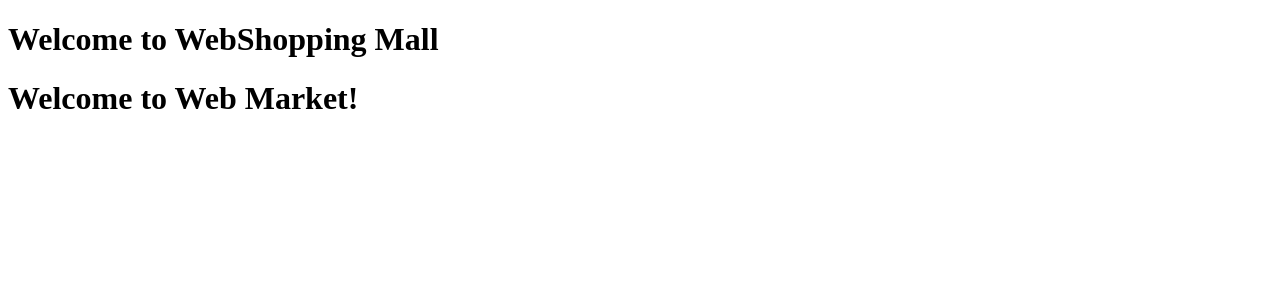
Repository: ckd0523/JSPWORK
Page: http://localhost/WebMarket/Welcome.jsp
These files come from the project's save history. The page is drawn as it stood at one moment and after the next save; the edit follows.
The browser window is 1280 px wide. The pictures show the whole page.
The page is served by Tomcat 9. Nobody is signed in. The application's start-up code is not run. Other server files are loaded and not shown.

Above is the page before, as saved 2024-02-19 02:51:20.

### WebMarket/src/main/webapp/Welcome.jsp
<%@ page language="java" contentType="text/html; charset=EUC-KR"
    pageEncoding="EUC-KR"%>
<!DOCTYPE html>
<html>
<head>
<meta charset="EUC-KR">
<title>Insert title here</title>
</head>
<body>

	<%! String greeting = "Welcome to WebShopping Mall";
		String tagline = "Welcome to Web Market!"; %>
	<h1><%= greeting %></h1>
	<h1><%= tagline %></h1>

</body>
</html>

After the next save:
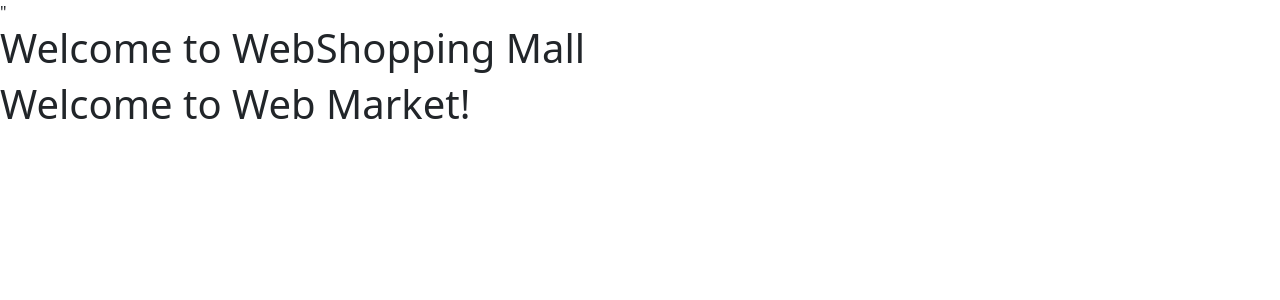
Saved 14 min 36 s later.
--- a/WebMarket/src/main/webapp/Welcome.jsp
+++ b/WebMarket/src/main/webapp/Welcome.jsp
@@ -3,7 +3,7 @@
 <!DOCTYPE html>
 <html>
 <head>
-<meta charset="EUC-KR">
+<link rel="stylesheet" href="https://cdn.jsdelivr.net/npm/bootstrap@5.3.2/dist/css/bootstrap.min.css" integrity="sha384-T3c6CoIi6uLrA9TneNEoa7RxnatzjcDSCmG1MXxSR1GAsXEV/Dwwykc2MPK8M2HN" crossorigin="anonymous">"
 <title>Insert title here</title>
 </head>
 <body>
